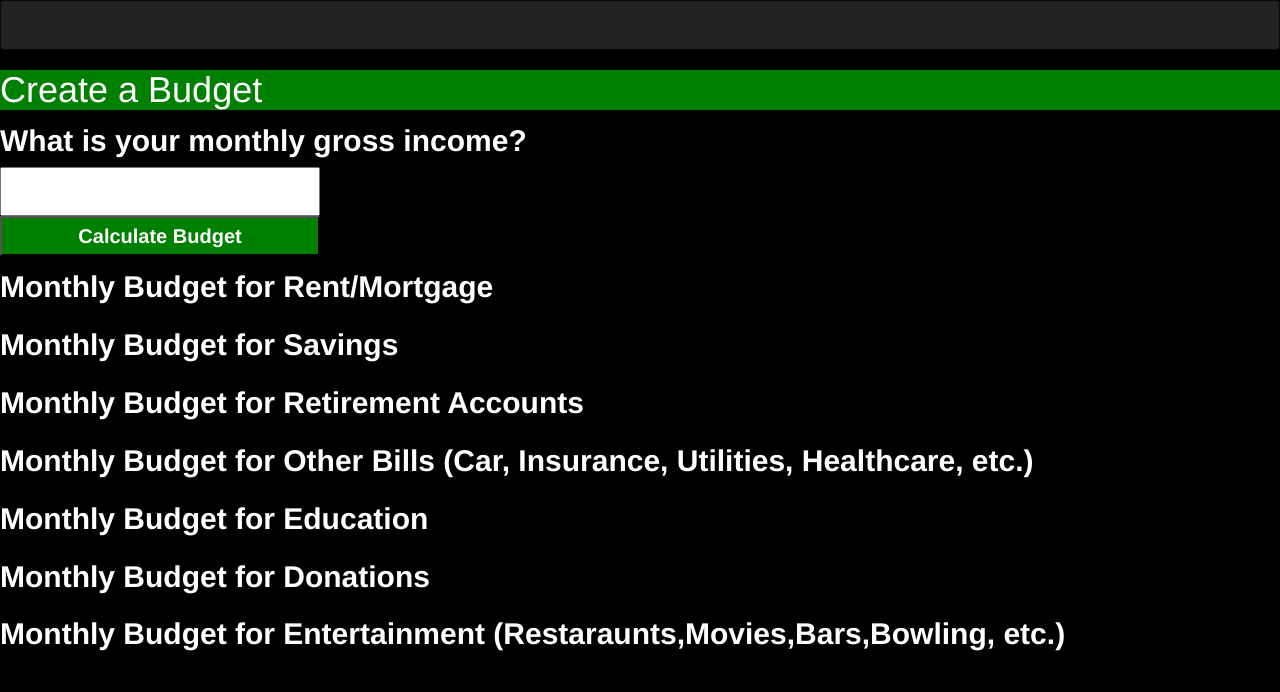
Repository: jdfost1/BudgetBuddy
Page: http://localhost/budgetbuddy/quickBudget
These files come from the project's save history. The page is drawn as it stood at one moment and after the next save; the edit follows.
The browser window is 1280 px wide. The pictures show the whole page.
The page is served by Tomcat 9.

Above is the page before, as saved 2018-10-09 06:51:37.

After the next save:
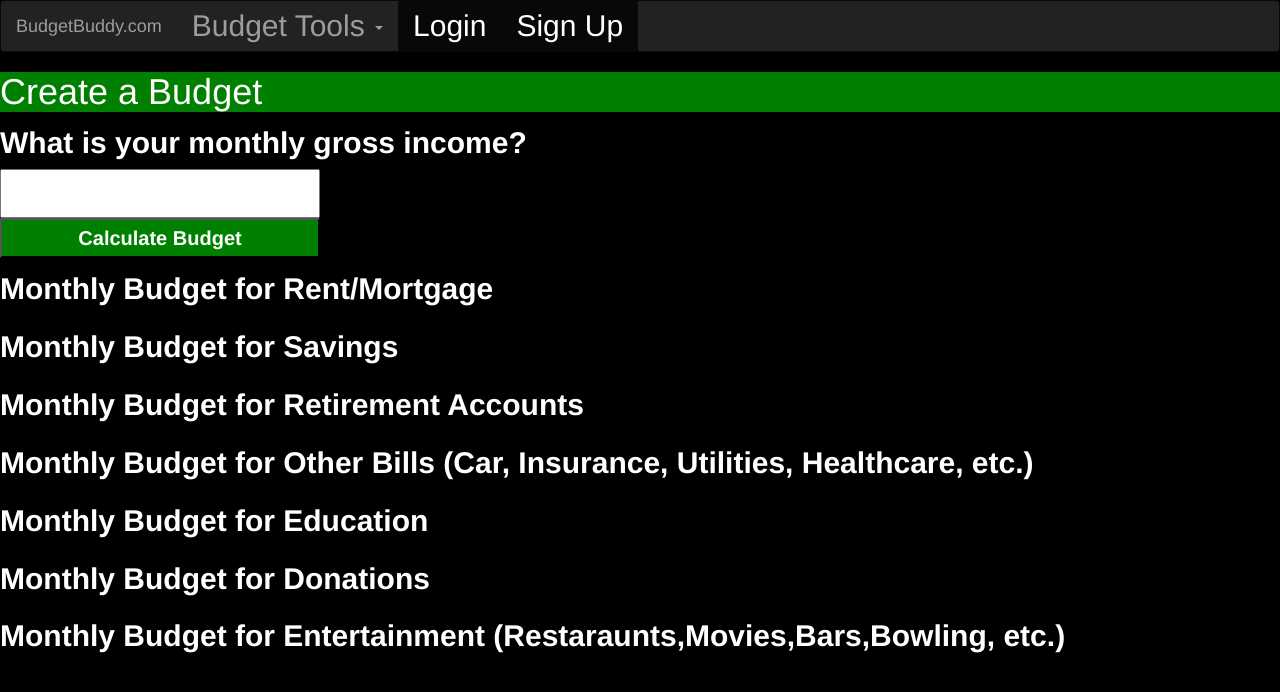
Saved 116 s later.
--- a/budgetbuddy/src/main/webapp/WEB-INF/jsp/quickBudget.jsp
+++ b/budgetbuddy/src/main/webapp/WEB-INF/jsp/quickBudget.jsp
@@ -65,8 +65,34 @@ h1{
 </style>
 
 <body>
-                    <nav class="navbar navbar-inverse">
+                  <nav class="navbar navbar-inverse">
+  <div class="container-fluid">
+    <div class="navbar-header">
+      <a class="navbar-brand" href="welcome.html">BudgetBuddy.com</a>
+    </div>
+    <ul class="nav navbar-nav">
 
+
+      <li class="dropdown">
+          <a class="dropdown-toggle" data-toggle="dropdown" href="#">Budget Tools
+          <span class="caret"></span></a>
+          <ul class="dropdown-menu">
+              <li><a href="quickBudget.html">Quick Budget</a></li>
+              <li><a href="401k.html">401k Calculator</a></li>
+              <li><a href="compoundInterest.html">Compound Interest Calculator</a></li>
+              </ul></li>
+
+
+                <li class="active">
+          <a  href="login.html">Login
+         </a>
+          </li>
+               <li class="active">
+          <a  href="signUp.html">Sign Up
+         </a>
+          </li>
+    </ul>
+  </div>
 </nav>
 
 
